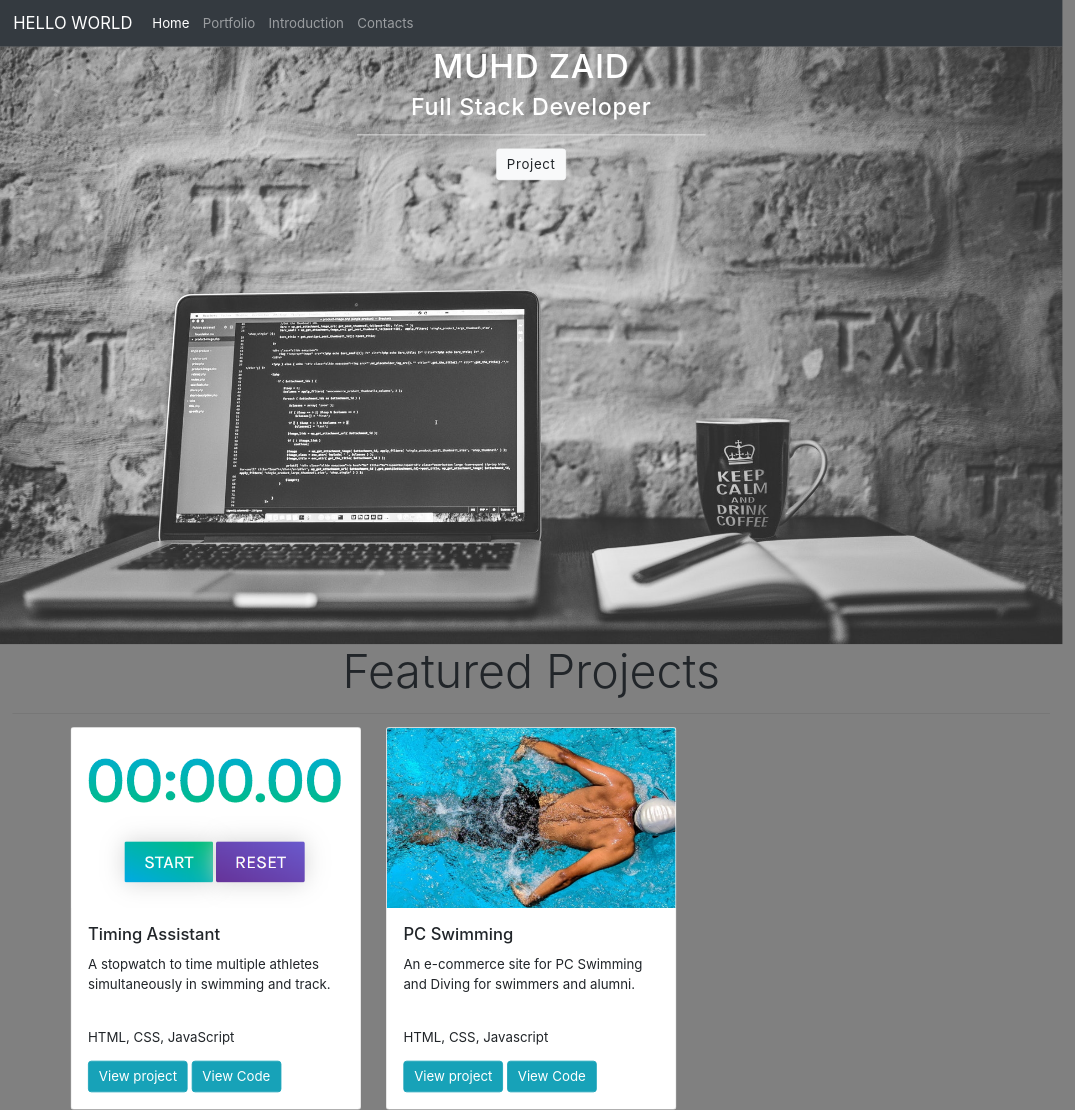
Repository: Code-Institute-Submissions/Zaidcoll-Project1
Page: index.html
The author's editor kept a record of every edit. The page is drawn from the files as they stood at one moment, then again after the next edit.
The browser window is 1280 px wide. The page is 1295 px wide, so the pictures cover 1295 px, including what lies to the right of the window. The pictures show the whole page, at 83% of full size.

Above is the page before.

### index.html
<!doctype html>
<html lang="en">
  <head>
    <meta charset="utf-8">
    <meta name="viewport" content="width=device-width, initial-scale=1, shrink-to-fit=no">
    <link rel="stylesheet" href="https://stackpath.bootstrapcdn.com/bootstrap/4.3.1/css/bootstrap.min.css" integrity="sha384-ggOyR0iXCbMQv3Xipma34MD+dH/1fQ784/j6cY/iJTQUOhcWr7x9JvoRxT2MZw1T" crossorigin="anonymous">
    <link rel="stylesheet" href='style.css'>
    <title>Resume</title>
  </head>
  <body>
    <nav class="navbar navbar-expand-lg navbar-dark bg-dark">
		<a class="navbar-brand" href="#">HELLO WORLD</a>
      <button class="navbar-toggler" type="button" data-toggle="collapse" data-target="#navbarSupportedContent" aria-controls="navbarSupportedContent" aria-expanded="false" aria-label="Toggle navigation">
        <span class="navbar-toggler-icon"></span>
      </button>

    <div class="collapse navbar-collapse" id="navbarSupportedContent">
      <ul class="navbar-nav mr-auto">
        <li class="nav-item active">
          <a class="nav-link" href="#">Home <span class="sr-only">(current)</span></a>
          <li> <a class="nav-link" href="#">Portfolio</a></li>
          <li>  <a class="nav-link" href="#">Introduction</a></li>
          <li>  <a class="nav-link" href="#">Contacts</a></li>
        </li>
      </ul>
    </div>
  </nav>

  <div class ='container-fullwidth'>
  <a name = 'home'>
    <div class = 'hero'>
      <div class = hero-text >
        <div class = 'row'>
          <div class = 'col-12'>
            <h1>MUHD ZAID </h1>
            <h3>Full Stack Developer</h3>
            <hr id = 'hr-1'>
            <a href="#portfolio" class="btn btn-light">Project</a>
          </div>
        </div>
    </div>
  </div>

  <div class = 'container-fluid'>
    <div class = 'row text-center'>
      <div class = 'col-12'>
        <a name = 'portfolio'>
        <h1 class = 'display-4 title-style'>Featured Projects </h1>
        <hr>
      </div>
    </div>
  </div>

  <div class = 'container'>
    <div class = 'row align-text'>
      <div class = 'col-md-4'>
        <div class = 'card'>
          <a href='#' target='_blank'>
            <img class="card-img-top" src="images/image-1.PNG" alt="Timewatch">
          </a>
          <div class="card-body">
            <h5 class="card-title">Timing Assistant</h5>
            <p class="card-text">A stopwatch to time multiple athletes simultaneously in swimming and track.</p> </br> <p class = 'card-style'>HTML, CSS, JavaScript</p>
            <a href="#" class="btn btn-info" target='_blank'>View project</a>
            <a href="#" class="btn btn-info" target='_blank'>View Code</a>
          </div>
        </div>
      </div>

      <div class = 'col-md-4'>
        <div class = 'card card-2'>
          <a href ='#'target='_blank'>
          <img class="card-img-top" src="Images/image-2.jpg" alt="Swimmer">
          </a>
          <div class="card-body">
            <h5 class="card-title">PC Swimming</h5>
            <p class="card-text">An e-commerce site for PC Swimming and Diving for swimmers and alumni.</p> </br> <p class = 'card-style'>HTML, CSS, Javascript</p>
            <a href="#" class="btn btn-info"target='_blank'>View project</a>
            <a href="#" class="btn btn-info"target='_blank'>View Code</a>
          </div>
        </div>
      </div>


    <script src="https://code.jquery.com/jquery-3.3.1.slim.min.js" integrity="sha384-q8i/X+965DzO0rT7abK41JStQIAqVgRVzpbzo5smXKp4YfRvH+8abtTE1Pi6jizo" crossorigin="anonymous"></script>
    <script src="https://cdnjs.cloudflare.com/ajax/libs/popper.js/1.14.7/umd/popper.min.js" integrity="sha384-UO2eT0CpHqdSJQ6hJty5KVphtPhzWj9WO1clHTMGa3JDZwrnQq4sF86dIHNDz0W1" crossorigin="anonymous"></script>
    <script src="https://stackpath.bootstrapcdn.com/bootstrap/4.3.1/js/bootstrap.min.js" integrity="sha384-JjSmVgyd0p3pXB1rRibZUAYoIIy6OrQ6VrjIEaFf/nJGzIxFDsf4x0xIM+B07jRM" crossorigin="anonymous"></script>
  </body>
</html>

### style.css
body{
    background-color:grey;
}

.hero{
  color:rgb(255, 255, 255);
  background-image:url(images/hero-image.jpg);
  height:100vh;
  background-size:cover;
  padding-bottom:10vh;
}

.hero-text{
  letter-spacing:0.8px;
  font-size:150%;
  text-align: center;
}
#hr-1{
  background:white;
  width:420px;
}

After the next edit:
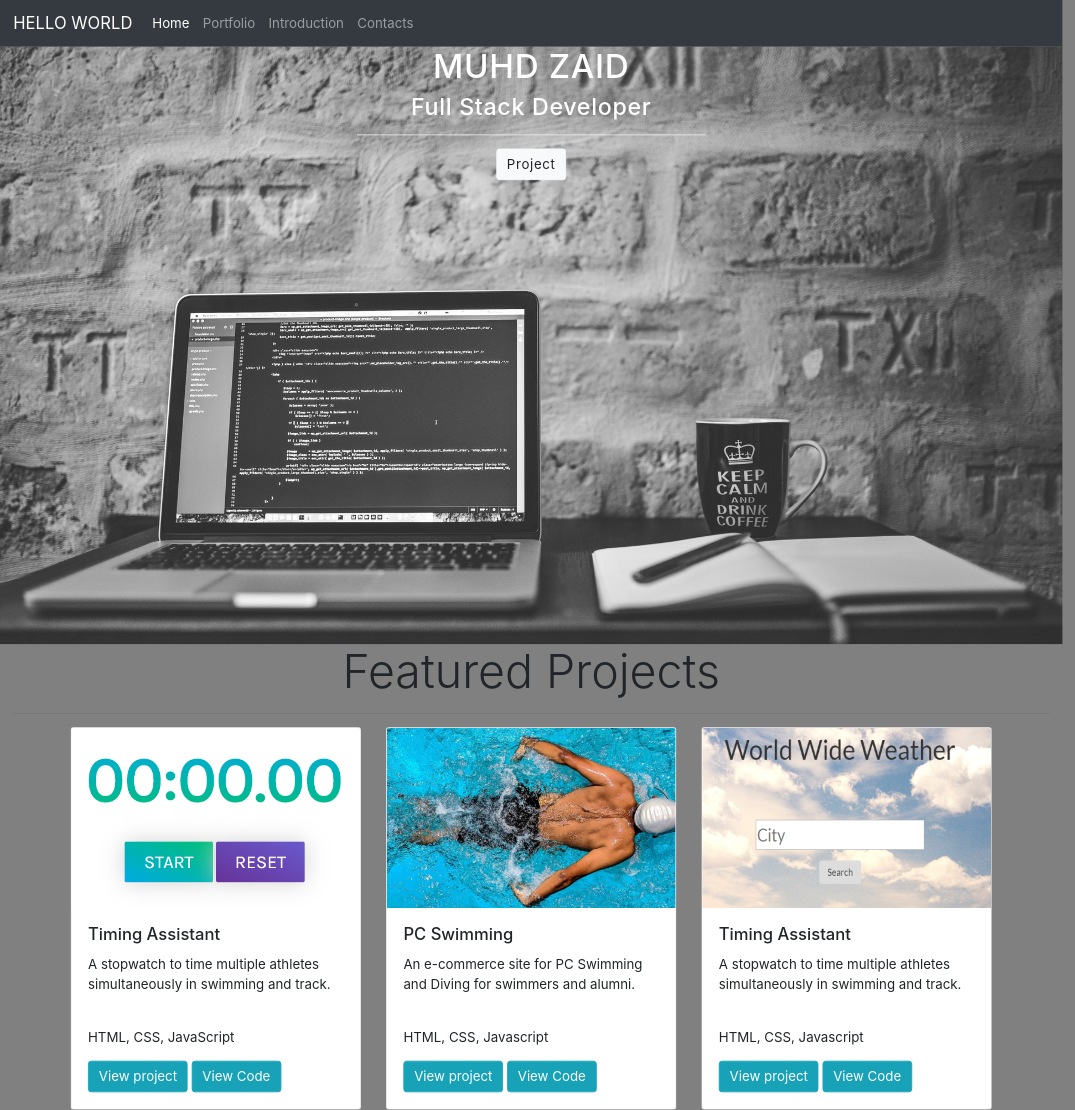
The edit:
--- a/index.html
+++ b/index.html
@@ -81,6 +81,22 @@
         </div>
       </div>
 
+      <div class = 'col-md-4'>
+        <div class = 'card card-3'>
+        <a href =#target='_blank'>
+          <img class="card-img-top" src="Images/image-3.PNG" alt="Weather">
+        </a>
+          <div class="card-body">
+            <h5 class="card-title">Timing Assistant</h5>
+            <p class="card-text">A stopwatch to time multiple athletes simultaneously in swimming and track.</p> </br> <p class = 'card-style'>HTML, CSS, Javascript</p>
+            <a href="https://hschafer2017.github.io/Weather-Search-API/" class="btn btn-info" target='_blank'>View project</a>
+            <a href="https://github.com/hschafer2017/Weather-Search-API" class="btn btn-info" target='_blank'>View Code</a>
+          </div>
+        </div>
+      </div>
+    </div>
+  </div>
+
 
     <script src="https://code.jquery.com/jquery-3.3.1.slim.min.js" integrity="sha384-q8i/X+965DzO0rT7abK41JStQIAqVgRVzpbzo5smXKp4YfRvH+8abtTE1Pi6jizo" crossorigin="anonymous"></script>
     <script src="https://cdnjs.cloudflare.com/ajax/libs/popper.js/1.14.7/umd/popper.min.js" integrity="sha384-UO2eT0CpHqdSJQ6hJty5KVphtPhzWj9WO1clHTMGa3JDZwrnQq4sF86dIHNDz0W1" crossorigin="anonymous"></script>
